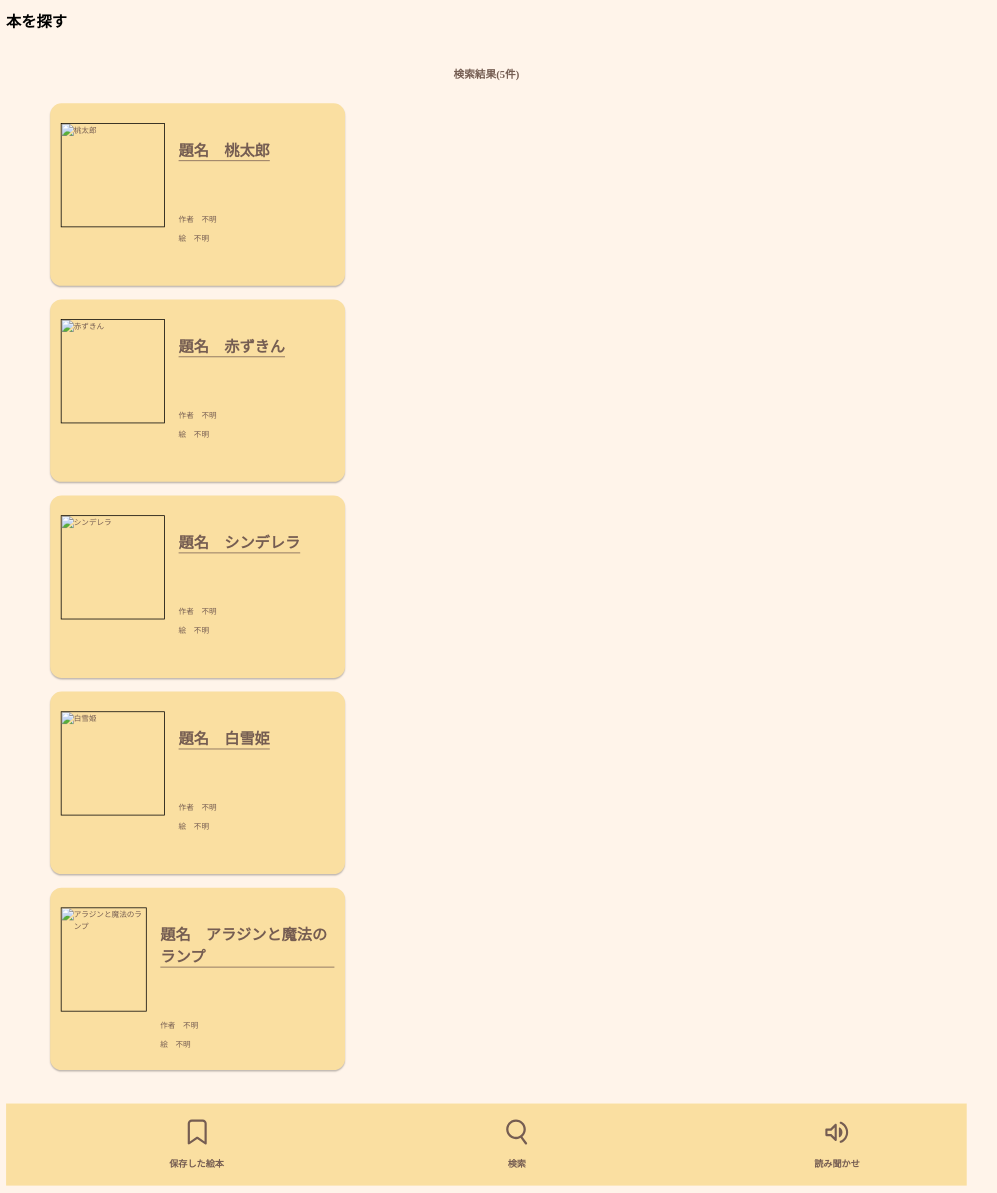
Repository: kmii12/2024-teampj
Page: /result
An editor plug-in stored every save of this project. The page is shown before and after the next save, followed by the edit.
The browser window is 1280 px wide. The page is 1312 px wide, so the pictures cover 1312 px, including what lies to the right of the window. The pictures show the whole page, at 76% of full size.
Some web fonts or font styles are not loaded; a fallback is used. The project was rebuilt for these pictures with package versions that can differ from the ones it lists, and the page was loaded fresh each time. The framework's server and built-in components were replaced by stand-ins that run in the browser. Also part of the build but not shown: next.config.mjs.

Above is the page before, as saved 2024-10-23 11:33:03.

### src/app/result/page.tsx
"use client";

import Link from "next/link";
import styles from "./Result.module.scss";
import { usePathname } from "next/navigation";

export default function Result() {
  const pathname = usePathname();

  //ダミーデータ（あとからfirebaseから取得）
  const ResultDatas = [
    {
      id: 1,
      title: "桃太郎",
      writer: "不明",
      illustrator: "不明",
      image: "",
      livingThing: ["人間", "陸の生き物", "空の生き物"],
      mainCharacter: "桃太郎",
      character: [
        "桃太郎",
        "犬",
        "猿",
        "キジ",
        "鬼",
        "おじいさん",
        "おばあさん",
      ],
      genre: "昔話",
      location: "日本",
      hue: "不明",
      atmosphere: "",
      season: "不明",
    },
    {
      id: 2,
      title: "赤ずきん",
      writer: "不明",
      illustrator: "不明",
      image: "",
      livingThing: ["人間", "陸の生き物", "空の生き物"],
      mainCharacter: "赤ずきん",
      character: ["赤ずきん", "おばあさん", "オオカミ"],
      hue: "不明",
      atmosphere: ["かわいい", "怖い"],
      genre: "昔話",
      location: "海外",
      season: "不明",
    },
    {
      id: 3,
      title: "シンデレラ",
      writer: "不明",
      illustrator: "不明",
      livingThing: "人間",
      mainCharacter: "シンデレラ",
      character: ["シンデレラ", "王子", "魔法使い"],
      genre: "昔話",
      location: "海外",
      hue: "不明",
      atmosphere: "",
      season: "不明",
    },
    {
      id: 4,
      title: "白雪姫",
      writer: "不明",
      illustrator: "不明",
      livingThing: ["人間", "陸の生き物"],
      mainCharacter: "白雪姫",
      character: ["白雪姫", "王子", "魔女", "小人"],
      genre: "昔話",
      location: "海外",
      hue: "不明",
      atmosphere: "",
      season: "不明",
    },
    {
      id: 5,
      title: "アラジンと魔法のランプ",
      writer: "不明",
      illustrator: "不明",
      livingThing: ["人間", "陸の生き物"],
      mainCharacter: "アラジン",
      character: ["アラジン", "ジーニー", "王女", "魔法使い", "盗賊"],
      genre: "昔話",
      location: "海外",
      hue: "不明",
      atmosphere: "",
      season: "不明",
    },
  ];
  return (
    <>
      <h1>本を探す</h1>

      <div className={styles.resultContainer}>
        <h2>検索結果({ResultDatas.length}件)</h2>
        <ul className={styles.resultList}>
          <div className={styles.resultItemWrap}>
            {ResultDatas.map((result) => (
              <li key={result.id} className={styles.resultItem}>
                <div className={styles.itemImageWrap}>
                  <img
                    src={result.image}
                    alt={result.title}
                    className={styles.image}
                  />
                </div>
                <div className={styles.itemDescriptionWrap}>
                  <h3 className="title">題名　{result.title}</h3>
                  <p className="writer">作者　{result.writer}</p>
                  <p className="illustrator">絵　{result.illustrator}</p>
                </div>
              </li>
            ))}
          </div>
        </ul>
      </div>
    </>
  );
}

### src/app/globals.css
html {
  font-size: 62.5%;
}

body {
  font-family: "Zen Maru Gothic", serif;
  background-color: #fff4ea;
}

a {
  color: inherit;
  text-decoration: none;
}

li {
  list-style-type: none;
}

### src/app/components/Footer.tsx
"use client";

import Link from "next/link";
import styles from "./Footer.module.scss";
import { usePathname } from "next/navigation";

export default function Footer() {
  const pathname = usePathname();

  return (
    <footer className={styles.footer}>
      <nav>
        <ul>
          <li>
            <Link
              href="/saved"
              className={pathname === "/saved" ? styles.active : ""}
            >
              <svg
                xmlns="http://www.w3.org/2000/svg"
                width="40"
                height="40"
                viewBox="0 0 40 40"
                fill="none"
              >
                <path
                  d="M31.5577 36C31.2643 35.9944 30.9782 35.9096 30.7308 35.7549L20.5 28.7589L10.2692 35.7549C10.0433 35.8898 9.78379 35.9611 9.51923 35.9611C9.25467 35.9611 8.99521 35.8898 8.76923 35.7549C8.54791 35.643 8.3604 35.4762 8.22542 35.271C8.09043 35.0658 8.01271 34.8295 8 34.5857V8.18571C8 6.81038 8.55718 5.49137 9.54895 4.51886C10.5407 3.54635 11.8859 3 13.2885 3H27.7115C29.1141 3 30.4593 3.54635 31.451 4.51886C32.4428 5.49137 33 6.81038 33 8.18571V34.5857C33.001 34.8425 32.9297 35.0945 32.7939 35.3141C32.6582 35.5337 32.4633 35.7123 32.2308 35.8303C32.0245 35.9413 31.793 35.9996 31.5577 36ZM20.5 25.6286C20.7947 25.6255 21.0833 25.7111 21.3269 25.8737L30.1154 31.8703V8.18571C30.1154 7.56056 29.8621 6.96101 29.4113 6.51896C28.9605 6.07691 28.3491 5.82857 27.7115 5.82857H13.2885C12.6509 5.82857 12.0395 6.07691 11.5887 6.51896C11.1379 6.96101 10.8846 7.56056 10.8846 8.18571V31.8703L19.6731 25.8737C19.9167 25.7111 20.2053 25.6255 20.5 25.6286Z"
                  fill={pathname === "/saved" ? "#c96868" : "#755D52"}
                />
              </svg>
              <p
                style={{
                  color: pathname === "/saved" ? "#c96868" : "#755D52",
                }}
              >
                保存した絵本
              </p>
            </Link>
          </li>
          <li>
            <Link href="/" className={pathname === "/" ? styles.active : ""}>
              <svg
                xmlns="http://www.w3.org/2000/svg"
                width="40"
                height="40"
                viewBox="0 0 40 40"
                fill="none"
              >
                <path
                  fillRule="evenodd"
                  clipRule="evenodd"
                  d="M18.9346 25.8692C24.4214 25.8692 28.8692 21.4214 28.8692 15.9346C28.8692 10.4479 24.4214 6 18.9346 6C13.4479 6 9 10.4479 9 15.9346C9 21.4214 13.4479 25.8692 18.9346 25.8692ZM18.9346 28.8692C26.0782 28.8692 31.8692 23.0782 31.8692 15.9346C31.8692 8.79103 26.0782 3 18.9346 3C11.791 3 6 8.79103 6 15.9346C6 23.0782 11.791 28.8692 18.9346 28.8692Z"
                  fill={pathname === "/" ? "#c96868" : "#755D52"}
                />
                <path
                  fillRule="evenodd"
                  clipRule="evenodd"
                  d="M33.0447 35.7533C32.3807 36.2486 31.4408 36.1119 30.9455 35.4479L25.0052 27.4848C24.5099 26.8208 24.6466 25.881 25.3106 25.3856C25.9746 24.8903 26.9145 25.027 27.4098 25.691L33.3501 33.6541C33.8455 34.3181 33.7087 35.2579 33.0447 35.7533Z"
                  fill={pathname === "/" ? "#c96868" : "#755D52"}
                />
              </svg>
              <p
                style={{
                  color: pathname === "/" ? "#c96868" : "#755D52",
                }}
              >
                検索
              </p>
            </Link>
          </li>
          <li>
            <Link
              href="/read"
              className={pathname === "/read" ? styles.active : ""}
            >
              <svg
                xmlns="http://www.w3.org/2000/svg"
                width="40"
                height="40"
                viewBox="0 0 40 40"
                fill="none"
              >
                <path
                  d="M32.2221 19.8994C32.2221 17.3902 31.5324 15.124 30.1529 13.1006C28.7732 11.0776 26.9538 9.59382 24.6946 8.64937C24.3335 8.49187 24.0742 8.24423 23.9167 7.90646C23.7592 7.5684 23.7499 7.22812 23.8888 6.88562C24.0371 6.51507 24.2987 6.25576 24.6737 6.10771C25.0487 5.95965 25.4307 5.96424 25.8196 6.12146C28.5879 7.27896 30.8101 9.10076 32.4862 11.5869C34.1621 14.073 35 16.8438 35 19.8994C35 22.9549 34.1621 25.7258 32.4862 28.2119C30.8101 30.698 28.5879 32.5198 25.8196 33.6773C25.4307 33.8345 25.0487 33.8391 24.6737 33.691C24.2987 33.543 24.0371 33.2837 23.8888 32.9131C23.7499 32.5706 23.7592 32.2303 23.9167 31.8923C24.0742 31.5545 24.3335 31.3069 24.6946 31.1494C26.9538 30.2049 28.7732 28.7212 30.1529 26.6981C31.5324 24.6748 32.2221 22.4085 32.2221 19.8994ZM11.6667 24.941H6.38875C5.99069 24.941 5.65972 24.8091 5.39583 24.5452C5.13194 24.2813 5 23.9503 5 23.5523V16.3298C5 15.9317 5.13194 15.6008 5.39583 15.3369C5.65972 15.073 5.99069 14.941 6.38875 14.941H11.6667L17.6388 8.96896C18.074 8.53368 18.5764 8.4341 19.1458 8.67021C19.7153 8.90632 20 9.33451 20 9.95479V29.9273C20 30.5476 19.7153 30.9758 19.1458 31.2119C18.5764 31.448 18.074 31.3484 17.6388 30.9131L11.6667 24.941ZM27.5 19.941C27.5 21.293 27.1713 22.5315 26.5138 23.6565C25.8565 24.7815 24.9492 25.6587 23.7917 26.2881C23.5508 26.4178 23.3217 26.4109 23.1042 26.2673C22.8867 26.124 22.7779 25.9226 22.7779 25.6631V14.1631C22.7779 13.904 22.8867 13.7026 23.1042 13.559C23.3217 13.4156 23.5508 13.4087 23.7917 13.5381C24.9492 14.177 25.8565 15.0706 26.5138 16.219C27.1713 17.367 27.5 18.6077 27.5 19.941ZM17.2221 13.5244L12.8887 17.719H7.77792V22.1631H12.8887L17.2221 26.3856V13.5244Z"
                  fill={pathname === "/read" ? "#c96868" : "#755D52"}
                />
              </svg>
              <p
                style={{
                  color: pathname === "/read" ? "#c96868" : "#755D52",
                }}
              >
                読み聞かせ
              </p>
            </Link>
          </li>
        </ul>
      </nav>
    </footer>
  );
}

### src/app/result/Result.module.scss
@import "../styles/variables.scss";

.resultContainer {
  color: $text;
  margin: 44px 0; //resultPage全ての上下の余白
  // border: 1px solid #000;

  h2 {
    //検索結果
    position: relative;
    text-align: center;
    font-size: 1.4em;
    margin-bottom: 30px;
    &::before,
    &::after {
      content: "";
      position: absolute;
      top: 50%;
      width: 45%;
      height: 1.5px;
      background-color: #text;
    }
  }
  h3 {
    //本の題名
    font-size: 2em;
    border-bottom: 1.5px solid $text;
    margin-bottom: 68px;
  }

  .resultItem {
    //li
    padding: 26px 14px;
    margin: 18px;
    width: 360px;
    height: 188px;
    background-color: $main;
    border-radius: 15px;
    box-shadow: 0px 2px 2px rgba($color: #000000, $alpha: 0.25);
    display: flex;
    gap: 18px;

    .itemImageWrap {
      width: 135px;
      height: 135px;
      border: 1px solid #000;
    }
  }
}

### src/app/components/Footer.module.scss
@import "../styles/variables.scss";

.footer {
  width: 100%;
  height: 14vh;
  padding-top: 1vh;
  background-color: $main;
  nav {
    width: inherit;
    height: inherit;
    ul {
      width: inherit;
      height: auto;
      display: flex;
      justify-content: space-around;
      align-items: center;
      li {
        width: calc(100% / 3);
        a {
          display: flex;
          flex-direction: column;
          justify-content: center;
          align-items: center;
          p {
            font-size: 1.2rem;
            font-weight: bold;
          }
        }
      }
    }
  }
}

### src/app/styles/variables.scss
// sassでカラーを使用するとき用

// 使用するファイルで最初に下記を記述
// コンポーネント用 → @import "../styles/variables.scss";
// ページ用 → @import "./styles/variables.scss";

$base: #fff4ea;
$main: #fadfa1;
$sub: #c96868;
$accent: #7eacb5;
$text: #755d52;

Loaded but not shown: src/app/layout.tsx (common file)

After the next save:
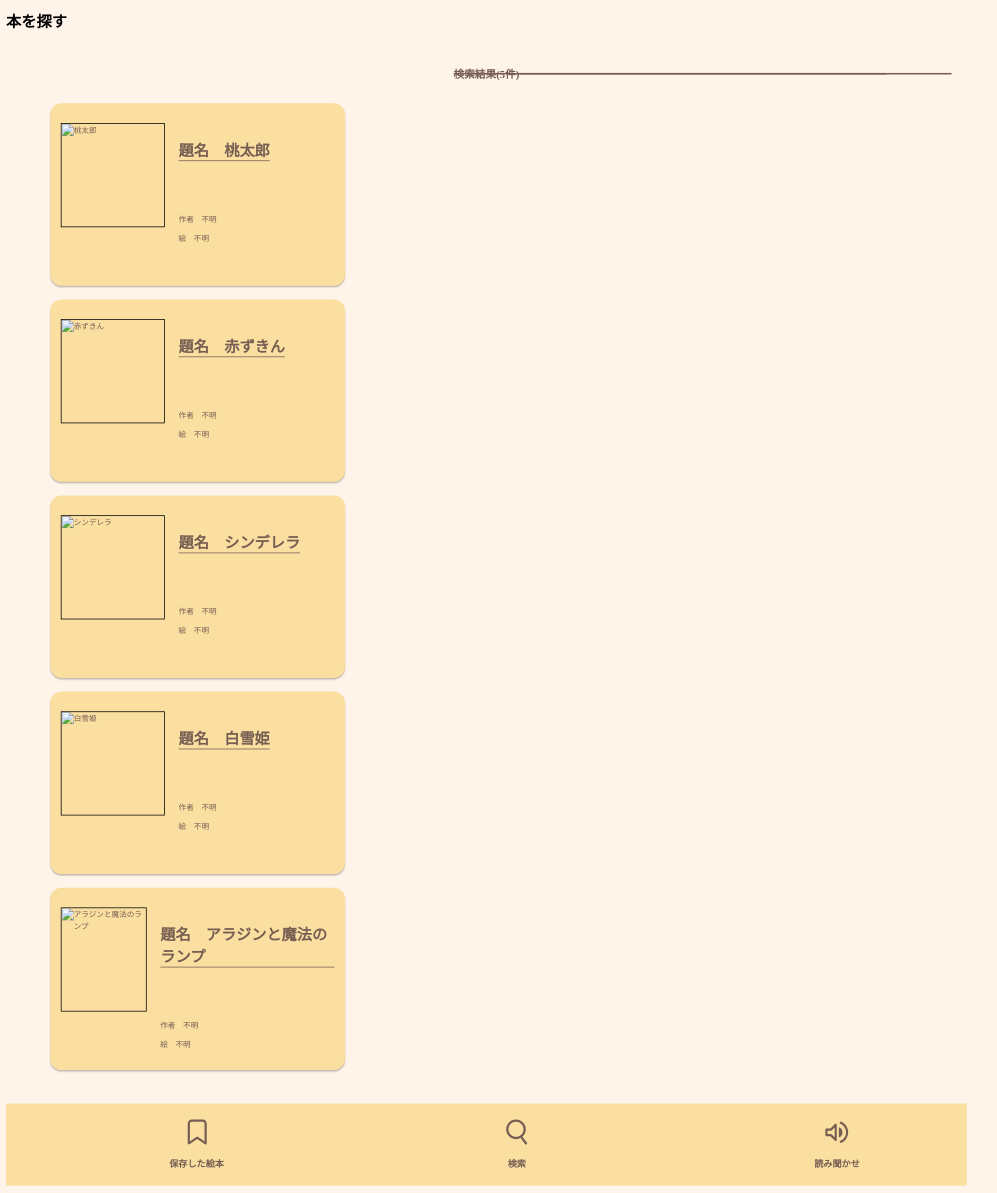
Saved 8 s later.
--- a/src/app/result/Result.module.scss
+++ b/src/app/result/Result.module.scss
@@ -18,7 +18,7 @@
       top: 50%;
       width: 45%;
       height: 1.5px;
-      background-color: #text;
+      background-color: $text;
     }
   }
   h3 {
